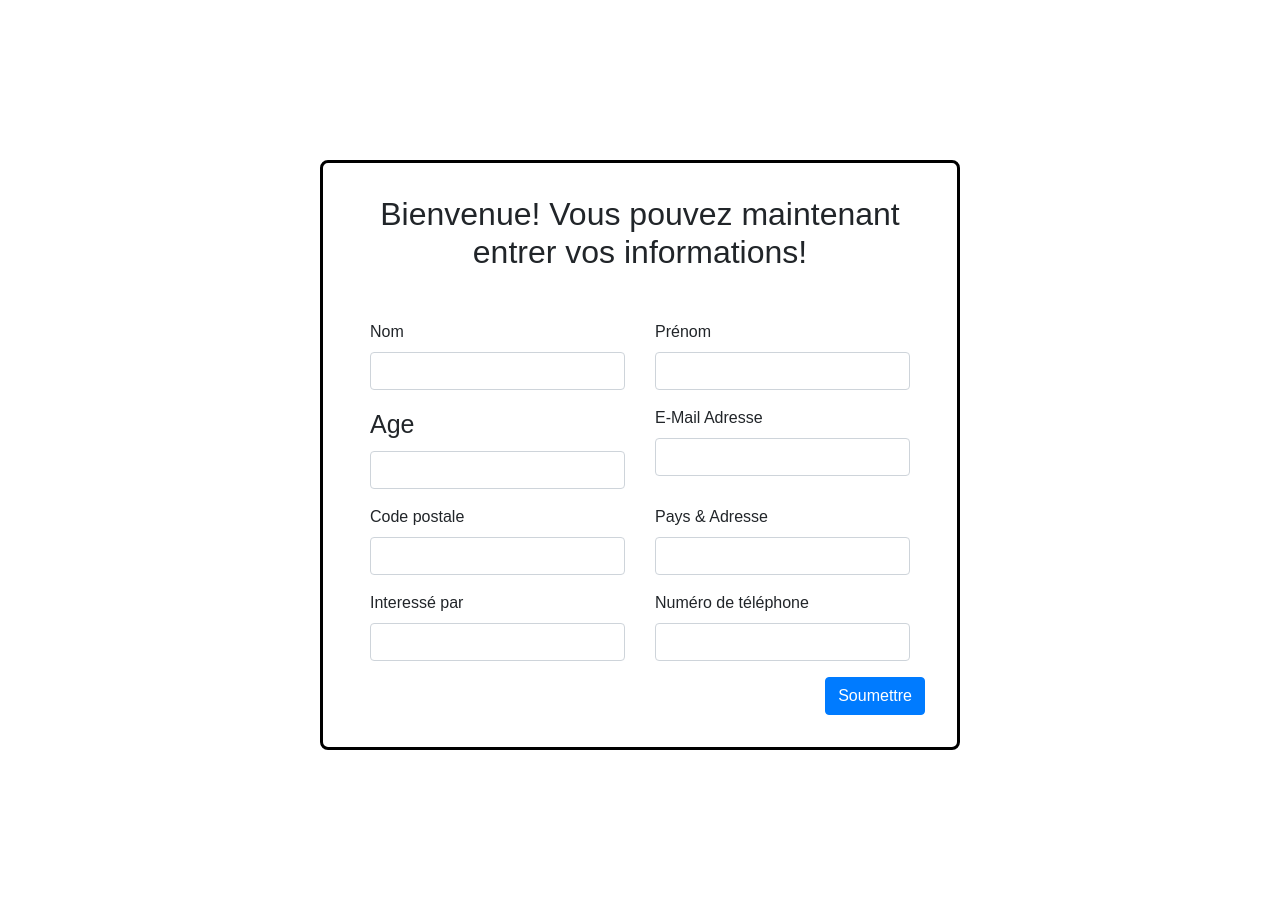
Repository: Aminox84/frontend-main
Page: /
These files come from the project's save history. The page is drawn as it stood at one moment and after a run of saves; the edit follows.
The browser window is 1280 px wide. The pictures show the whole page.
The project was rebuilt for these pictures with package versions that can differ from the ones it lists, and the page was loaded fresh each time.

Above is the page before, as saved 2022-12-29 19:59:05.

After the next 2 saves:
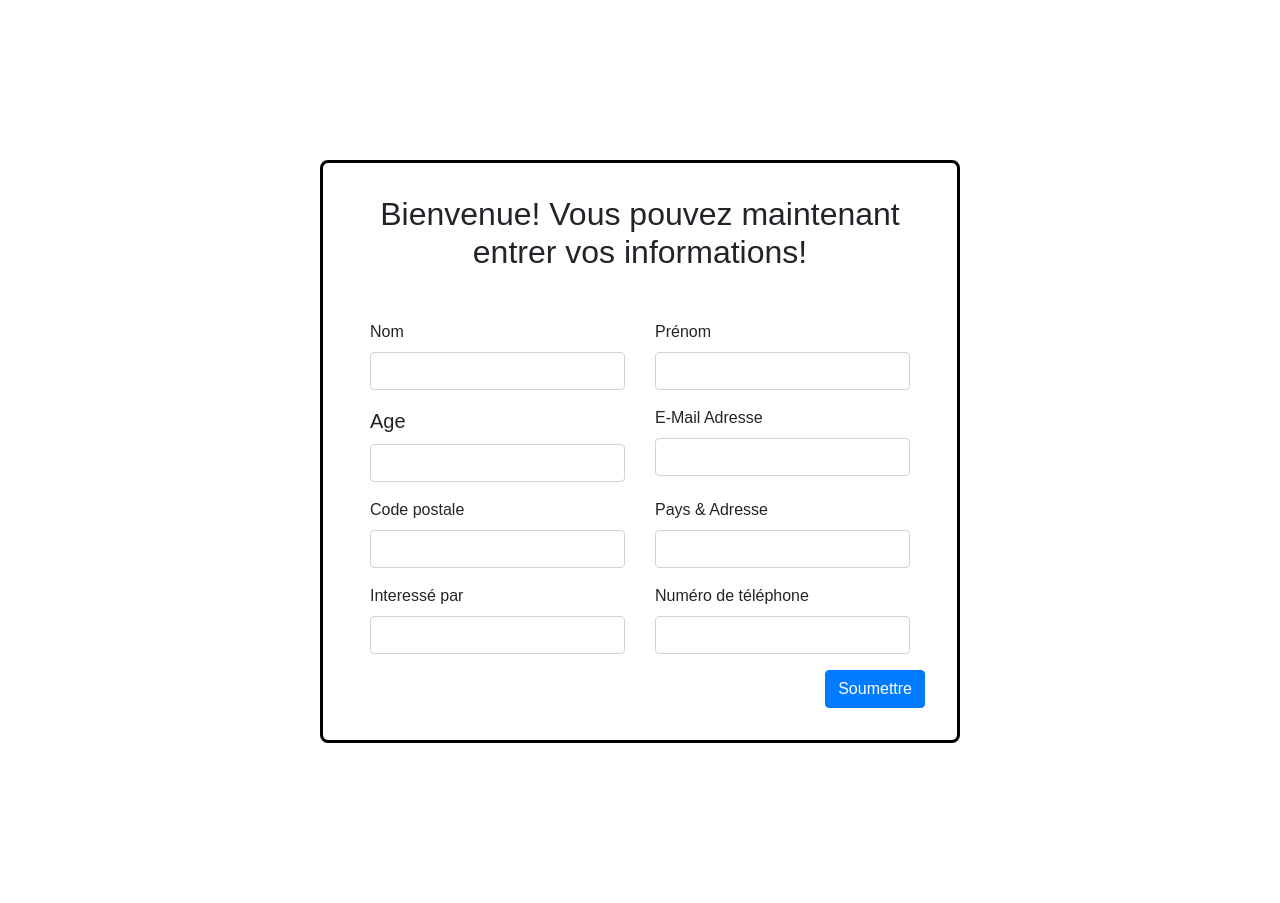
The 2 saves are shown as one change because they came seconds apart.
The last was saved 8 s later.
--- a/src/userForm.tsx
+++ b/src/userForm.tsx
@@ -30,7 +30,7 @@ export function UserForm() {
   <div className="row">
     <div className="col">
     <div className="form-group">
-          <label style={{fontSize:"25px"}} htmlFor="exampleInputPassword1">Age</label>
+          <label style={{fontSize:"20px"}} htmlFor="exampleInputPassword1">Age</label>
           <input
             type="text"
             className="form-control"
